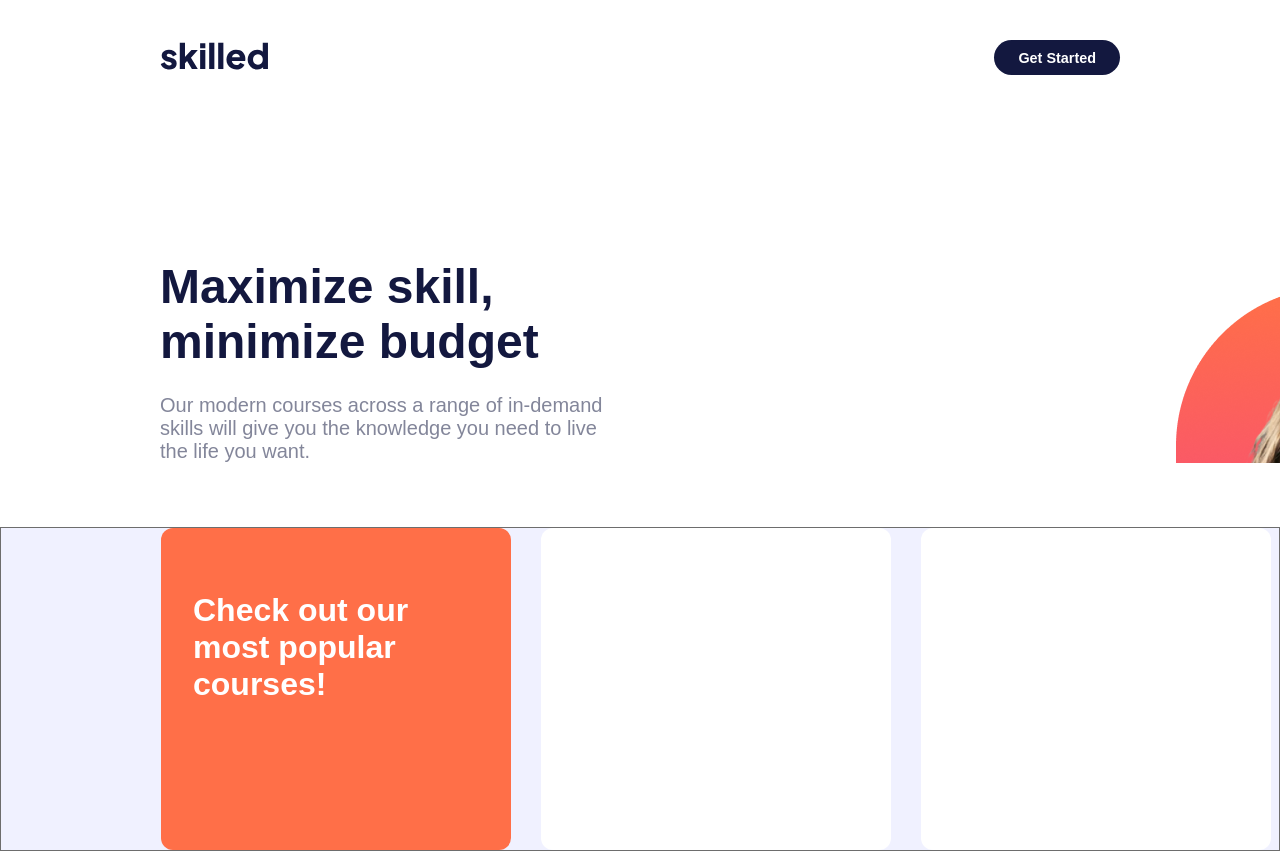
Repository: exe-walt/E-Learning-Landing-Page
Page: index.html
The author's editor kept a copy of each file at every save. The page is drawn from the files as they stood at one save, then again after a run of saves.
The browser window is 1280 px wide. The pictures show the whole page.
Some web fonts or font styles are not loaded; a fallback is used.

Above is the page before, as saved 2025-05-28 14:21:39.

### index.html
<!DOCTYPE html> <!-- Document type declaration for HTML5 -->
<html lang="en">
<head>
  <meta charset="UTF-8"> <!-- Character encoding set to UTF-8 -->
  <meta name="viewport" content="width=device-width, initial-scale=1.0"> <!-- Responsive design meta tag -->
  <title>Skilled E-Learning Page</title> <!-- Page title -->
  <link rel="stylesheet" href="css/style.css"> <!-- Link to external CSS file -->
  <link href="https://fonts.cdnfonts.com/css/plus-jakarta-sans" rel="stylesheet"> <!-- Import custom font -->
</head>
<body>
  <div class="content-container"> <!-- Main content container -->

    <!-- NAVBAR SECTION -->
    <div class="navbar">
      <ul>
        <li id="logo">
          <img src="img/skilled-logo.svg" alt="logo">
        </li>
        <li class="navbar-button">
          <button>Get Started</button> <!-- Call-to-action button -->
        </li>
      </ul>
    </div>

    <!-- HERO SECTION -->
    <div class="hero-section">
      <div class="hero-text">
        <h1>Maximize skill, <br>minimize budget</h1>

        <p>
          Our modern courses across a range of in-demand <br> skills will give you the knowledge you need to live <br> the life you want.
        </p>
      </div>
    </div>

    <!--Popular Courses Cards-->
    <div class="courses-container">
      <div class="main-left">
        <p>Check out our <br>most popular <br>courses! </p>
      </div>
      <div class="animation-card"></div>
      <div class="design-card"></div>
    </div>

    <div class="cc2">

    </div>


  </div>

</body>
</html>

### css/style.css
* {
  box-sizing: border-box;
  margin: 0;
  padding: 0;
}

.navbar, .hero-section{
  background-image: url(../img/Group19.png);
}

body {
  font-family: "Plus Jakarta Sans", sans-serif;
  margin: 0;
  display: flex;
  justify-content: center;
  align-items: center;
}

.content-container {
  background-color: #ffffff;
  max-width: 100%;
  width: 100%;
  height: auto;
}

.navbar {
  display: flex;
  justify-content: space-between;
  align-items: center;
  background-color: white;
  margin-left: 10em;
  margin-right: 10em;
  margin-top: 2.5em;
}

.navbar ul {
  display: flex;
  align-items: center;
  justify-content: space-between;
  width: 100%;
  list-style: none;
}

#logo img {
  height: 1.75em;
  width: auto;
}

.navbar-button button {
  background-color: #13183f;
  color: white;
  border: none;
  border-radius: 999px;
  padding: 0.6rem 1.5rem;
  font-weight: 600;
  font-size: 0.9rem;
  cursor: pointer;
  transition: background-color 0.3s ease;
}

.navbar-button button:hover {
  background-color: #666ca3;
}

.hero-section {
  display: flex;
}

.hero-text {
  margin-left: 10em;
  margin-top: 11.5em;
}

.hero-text h1 {
  font-weight: 800; /* ExtraBold */
  font-size: 3rem;
  color: #13183f;
}

.hero-text p {
  font-weight: 400; /* Medium */
  font-size: 1.25rem;
  color: #83869a;
  padding-top: 1.25em;
}

.courses-container{
  display: flex;
  gap: 30px;
  max-width: 100%;
  width: 100%;
  height: auto;
  border: 1px solid #6d6d6d;
  padding-left: 10em;
  margin-top: 4em;;
  background-color: #F0F1FF; /* apply this gradient (#FFFFFF - #F0F1FF) */ /*Gradient direction is from top to bottom*/
}

.main-left{
  width: 350px;
  height: 322px;
  border-radius: 12px;
  background: #FF6F48; /* apply this gradient (#FF6F48 - F02AA6) */
}

.main-left p{
  font-size: 2em;
  font-weight: bolder;
  color: white;
  padding-top: 64px;
  padding-left: 32px;
  padding-right: 32px;
  padding-bottom: 138px;
  justify-content: center;
}

.animation-card, .design-card{
  width: 350px;
  height: 322px;
  border-radius: 12px;
  background:#ffffff;
}

After the next 2 saves:
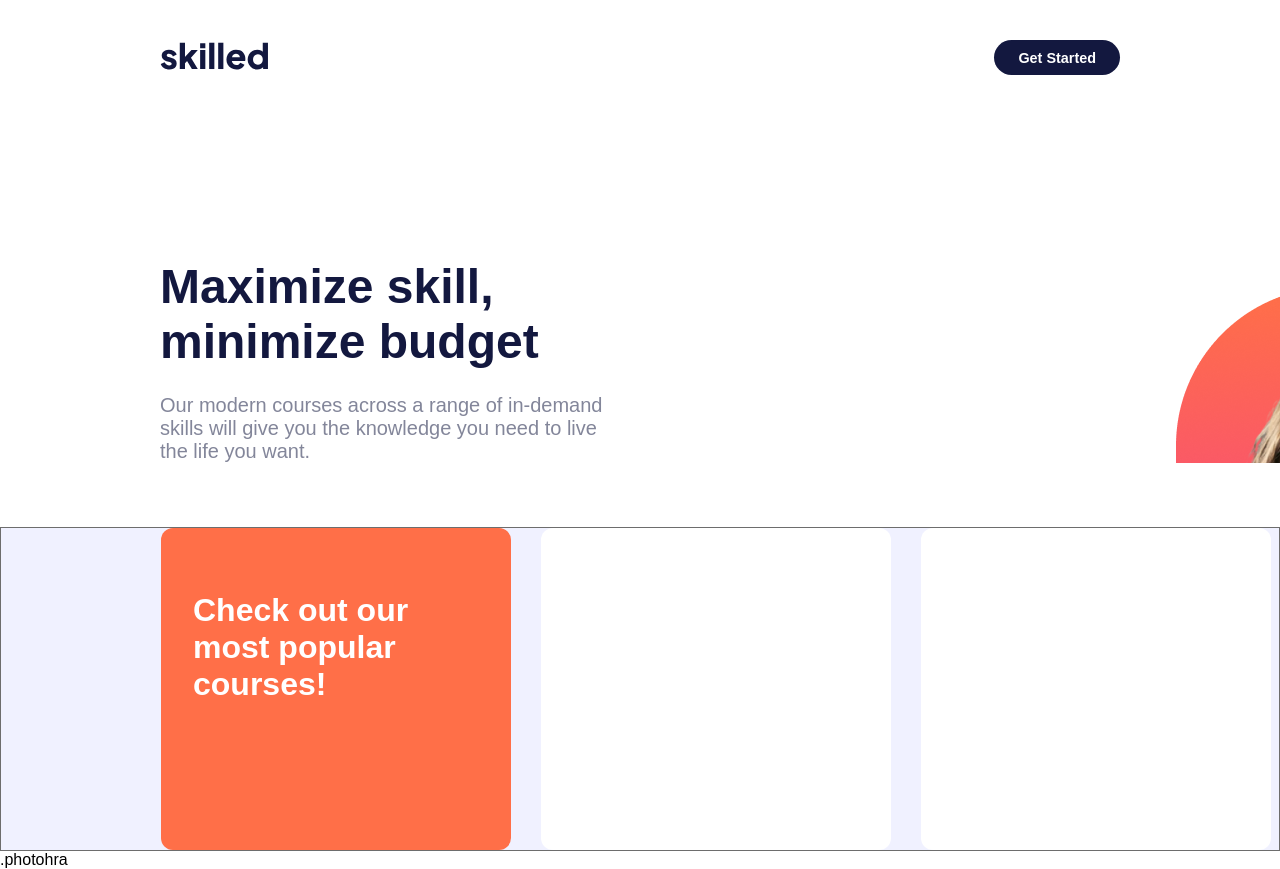
The 2 saves are shown as one change because they came seconds apart.
The last was saved 12 s later.
--- a/index.html
+++ b/index.html
@@ -43,7 +43,7 @@
     </div>
 
     <div class="cc2">
-
+      .photohra
     </div>
 
 
